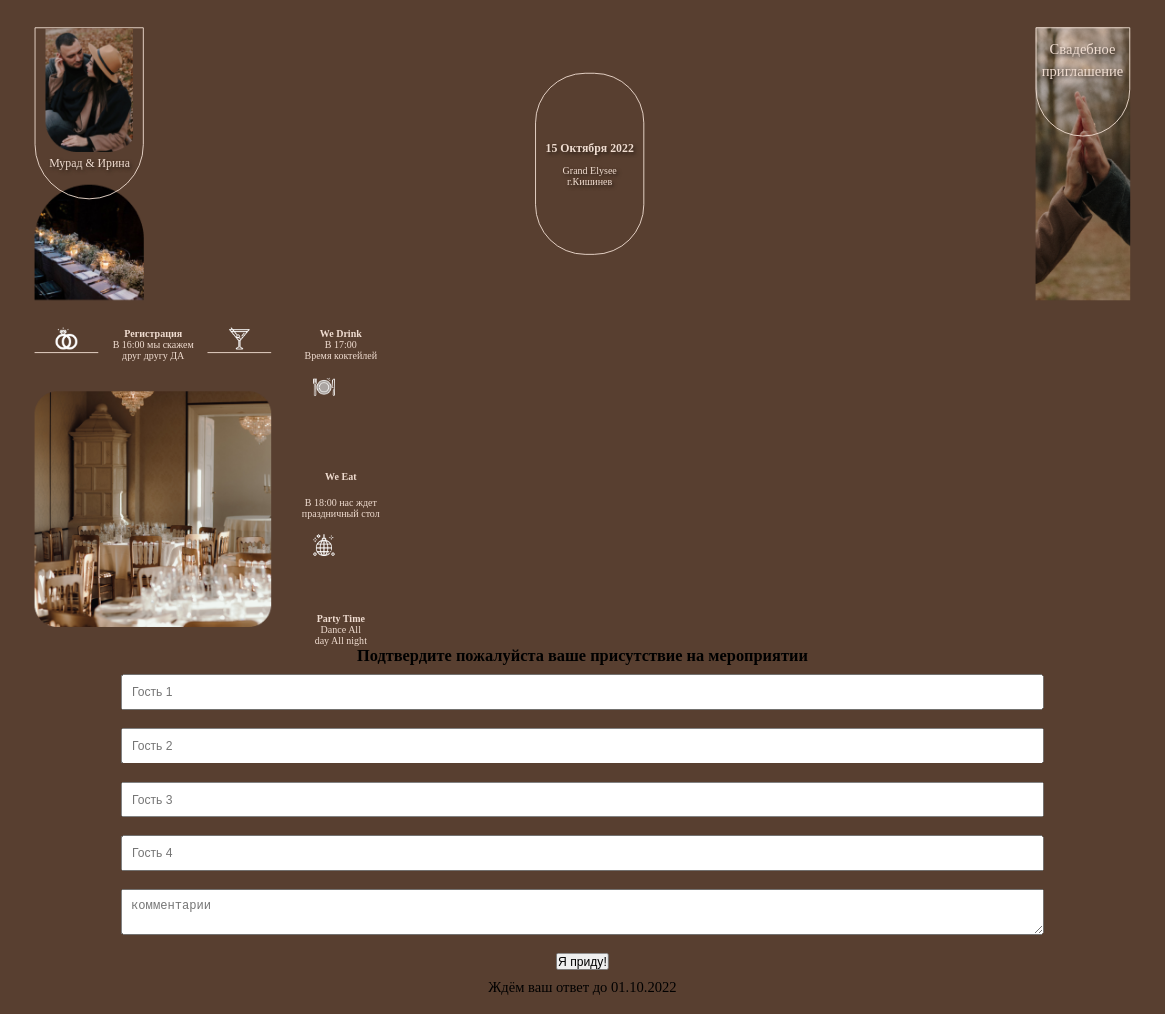
Repository: Anthony8845/wedding_invitation
Page: index.html
The author's editor kept a copy of each file at every save. The page is drawn from the files as they stood at one save, then again after the next save.
The browser window is 1280 px wide. The pictures show the whole page, at 91% of full size.

Above is the page before, as saved 2022-07-29 19:04:00.

### index.html
<!DOCTYPE html>
<html lang="en">
<head>
    <meta charset="UTF-8">
    <meta http-equiv="X-UA-Compatible" content="IE=edge">
    <meta name="viewport" content="width=device-width, user-scalable=yes">
    <link rel="stylesheet" href="./style.css">
    <!-- <script src="./script.js"></script> -->
    <title>Приглашение на свадьбу</title>
</head>
<body>

    <div class="invitation">
        <div class="info">
            <div class="info_block">
                <div class="info_border">
                    <div class="info_img-u"></div>
                    <div class="info_name">Мурад & Ирина</div>
                </div>
                <div class="info_img-d"></div>
            </div>
            <div class="info__block">
                <div class="block__data">
                    <div class="info_timer"></div>
                    <div class="info_date">
                        <h4>15 Октября 2022</h4>
                        <p>Grand Elysee <br>
                            г.Кишинев</p>
                    </div>
                </div>
            </div>
            <div class="info__block">
                <div class="info_invitation">Свадебное<br>приглашение</div>
                <div class="info_img-r"></div>
            </div>

        </div>
        <div class="timetable">
            <div class="timetable_block">
                <div class="block_icon">
                    <div class="icon_reg icon"></div>
                    <div class="line_icon-d"></div>
                </div>
                <div class="block_reg">
                    <h4>Регистрация</h4>
                    <p>В 16:00 мы скажем <br> друг другу ДА</p>
                </div>
                <div class="block_icon">
                    <div class="icon_drink icon"></div>
                    <div class="line_icon-d"></div>
                </div>

            </div>
            <div class="timetable_block">
                <div class="img_table"></div>
            </div>
            <div class="timetable_block">
                <div class="block_drink">
                    <h4>We Drink</h4>
                    <p>В 17:00<br> Время коктейлей</p>
                </div>
                <div class="block_icon">
                    <div class="icon_eat icon"></div>
                    <div class="line_icon-l"></div>
                </div>

                <div class="block_eat"></div>
                    <h4>We Eat</h4>
                    <p>В 18:00 нас ждет <br> праздничный стол</p>
                    <div class="block_icon">
                        <div class="icon_party icon"></div>
                        <div class="line_icon-l"></div>
                    </div>

                <div class="block_party">
                    <h4>Party Time</h4>
                    <p>Dance All<br> day All night</p>
                </div>
            </div>
        </div>
        <div class="thanks">
            <div></div>
            <div></div>
            <div></div>
        </div>
        <form class="form"  action="mail.php"  method="POST" >
            <h2 class="form__header">Подтвердите пожалуйста ваше присутствие на мероприятии</h2>
            <input class="form__input_item" type="text" name="Guest1" placeholder="Гость 1">
            <input class="form__input_item" type="text" name="Guest2" placeholder="Гость 2">
            <input class="form__input_item" type="text" name="Guest3" placeholder="Гость 3">
            <input class="form__input_item" type="text" name="Guest4" placeholder="Гость 4">
            <textarea class="form__comment" name="Comment" placeholder="комментарии"></textarea>
            <button class="form__btn">Я приду!</button>
        </form>
        <div class="footer">Ждём ваш ответ до 01.10.2022</div>
    </div>
</body>
</html>

### style.css
* {
    box-sizing: border-box;
    margin: 0;
    padding: 0;
}

body{
    position: relative;
    padding: 20px 0;
    background-color: rgb(88, 63, 48);
}



.invitation {

}
.info {
    color: rgb(240, 221, 209);
    display: flex;
    justify-content: space-between;
    align-items: center;
    text-align: center;
    text-shadow: 2px 2px 4px rgb(44, 32, 24);
    margin: 10px 3% 30px 3%;
}
.info_block {
    width: 120px;
    height: 300px;

}
.info_border {
    width: 120px;
    position: absolute;
    border: 1px solid rgb(240, 221, 209);
    padding-bottom: 30px;
    border-radius: 0 0 60px 60px;

}
.info_img-u {
    width: 103px;
    height: 136px;
    background: url(./img/IMG_2.png) no-repeat;
    margin-left: auto;
    margin-right: auto;
    width: 6em;
    margin-bottom: 5px;


}
.info_name {
    font-size: 13px;
}
.info_img-d {
    margin-top: 173px;
    width: 120px;
    height: 127px;
    background: url(./img/Image.png) no-repeat;
}

.info_img-r {
    width: 104px;
    height: 300px;
    background: url(./img/IMG_104-300.png);
}

.block__data {
    display: table-cell;
    vertical-align: middle;
    width: 120px;
    height: 200px;
    border: 1px solid rgb(240, 221, 209);
    border-radius: 55px;
}


.info_timer {

}

.info_date {
    font-size: 11px;
}
.info_date h4 {
    font-size: 13px;
    padding-bottom: 10px;
}

.info_invitation{
    width: 104px;
    height: 120px;
    position: absolute;
    border: 1px solid rgb(240, 221, 209);
    border-radius: 0 0 60px 60px;
    padding-top: 10px;
    line-height: 25px;
}

.icon {
    width: 24px;
    height: 24px;
}

.block_icon{
    padding: 0 0 0 23px;
    width: 70px;
    height: 70px;
}

.line_icon-d{
    width: 70px;
    position: relative;
    right: 23px;
    padding-top: 3px;
    border-bottom: 1px solid rgb(240, 221, 209);
}
.line_icon-l{

}

.timetable {
    margin: 0 3%;
    font-size: 11px;
    color: rgb(240, 221, 209);
    max-width: 390px;
    height: 350px;
    display: flex;
    flex-direction: column;
    flex-wrap: wrap;

}
.timetable_block {
    text-align: center;
    max-width: 260px;
    display: flex;
    justify-content: space-between;
}

.timetable_block:last-child {
    height: 350px;
    display: flex;
    flex-direction: column;
    justify-content: space-between;
}

.icon_reg {

    background: url(./img/wedding-rings.png) no-repeat ;
    background-size: contain;
}
.block_reg {
    height: 70px;
    vertical-align: middle;
}
.icon_drink {

    background: url(./img/martini.png) no-repeat;
    background-size: contain;
}
.img_table {
    width: 260px;
    height: 259px;
    background: url(./img/interior.png);
}
.block_drink {
}
.icon_eat {
    background: url(./img/dish.png) no-repeat;
    background-size: contain;
}
.block_eat {
}
.icon_party {
    background: url(./img/mirror-ball.png);
    background-size: contain;
}
.block_party {
}





.form {

    text-align: center;
    margin: 0 10%;

    display: flex;
    flex-direction: column;

}

.form::after {
    content: '';
    position: absolute;
    top: 0;
    left: 0;
    width: 100%;
    height: 100%;
    background: #767676 url(./img/heart.gif) center /50px no-repeat;
    opacity: 0;
    visibility: hidden;
}

.form._sending::after {
    opacity: 0.8;
    visibility: visible;
}


.form__header {
    font-size: 18px;
}

.form__input_item {
    margin: 10px 5px;
    padding: 10px 10px;

}

.form__comment {
    padding: 10px 10px;
    margin: 10px 5px;
    resize: vertical;
    height: 50px;
}

.form__btn {
    margin: 0 auto;
    margin-top: 10px;
    max-width: 70px;
}

.footer {
    margin-top: 10px;
    text-align: center;
}

After the next save:
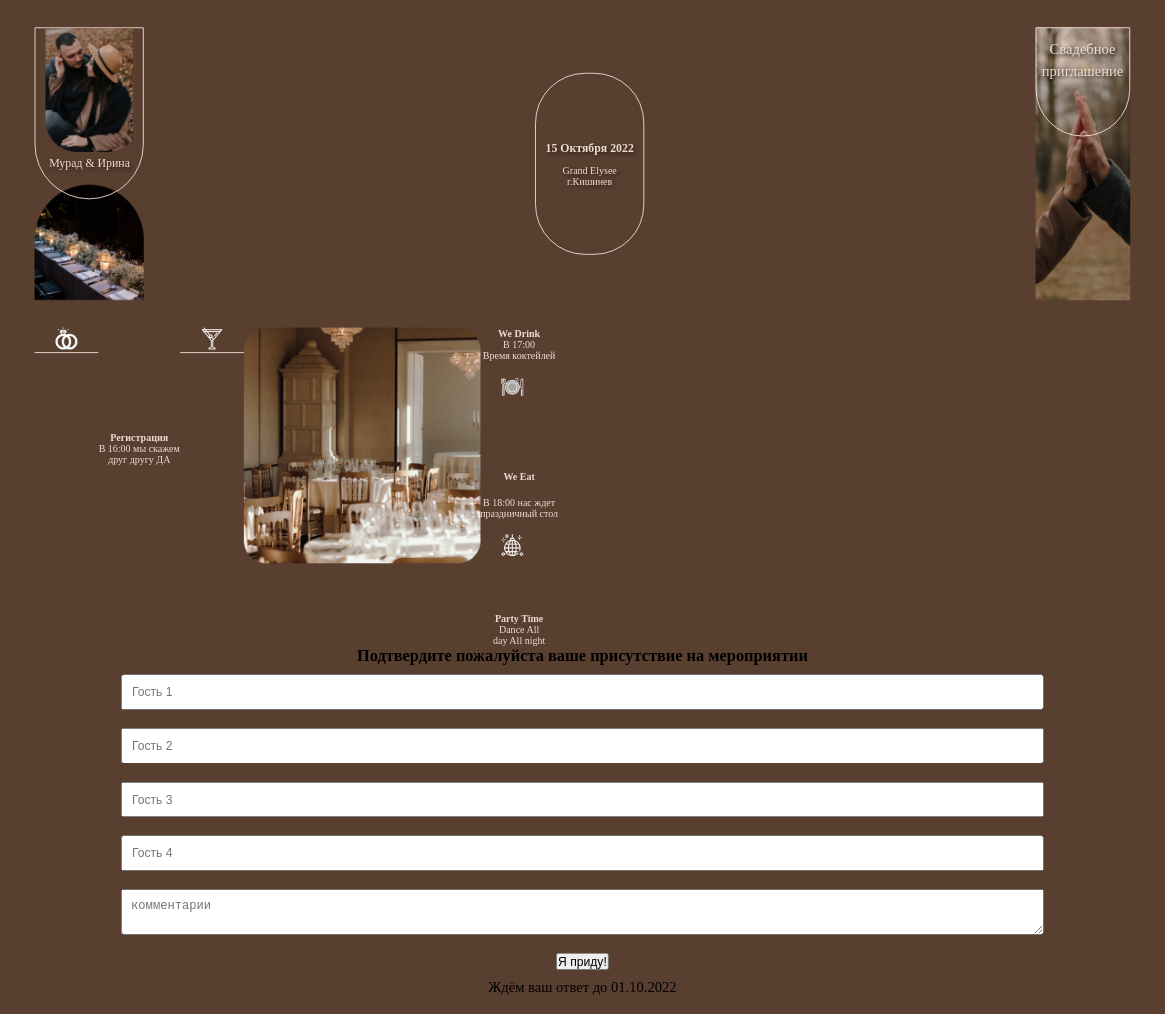
Saved 109 s later.
--- a/style.css
+++ b/style.css
@@ -149,8 +149,7 @@
     background-size: contain;
 }
 .block_reg {
-    height: 70px;
-    vertical-align: middle;
+   padding-top: 50%;
 }
 .icon_drink {
 

After the save that followed:
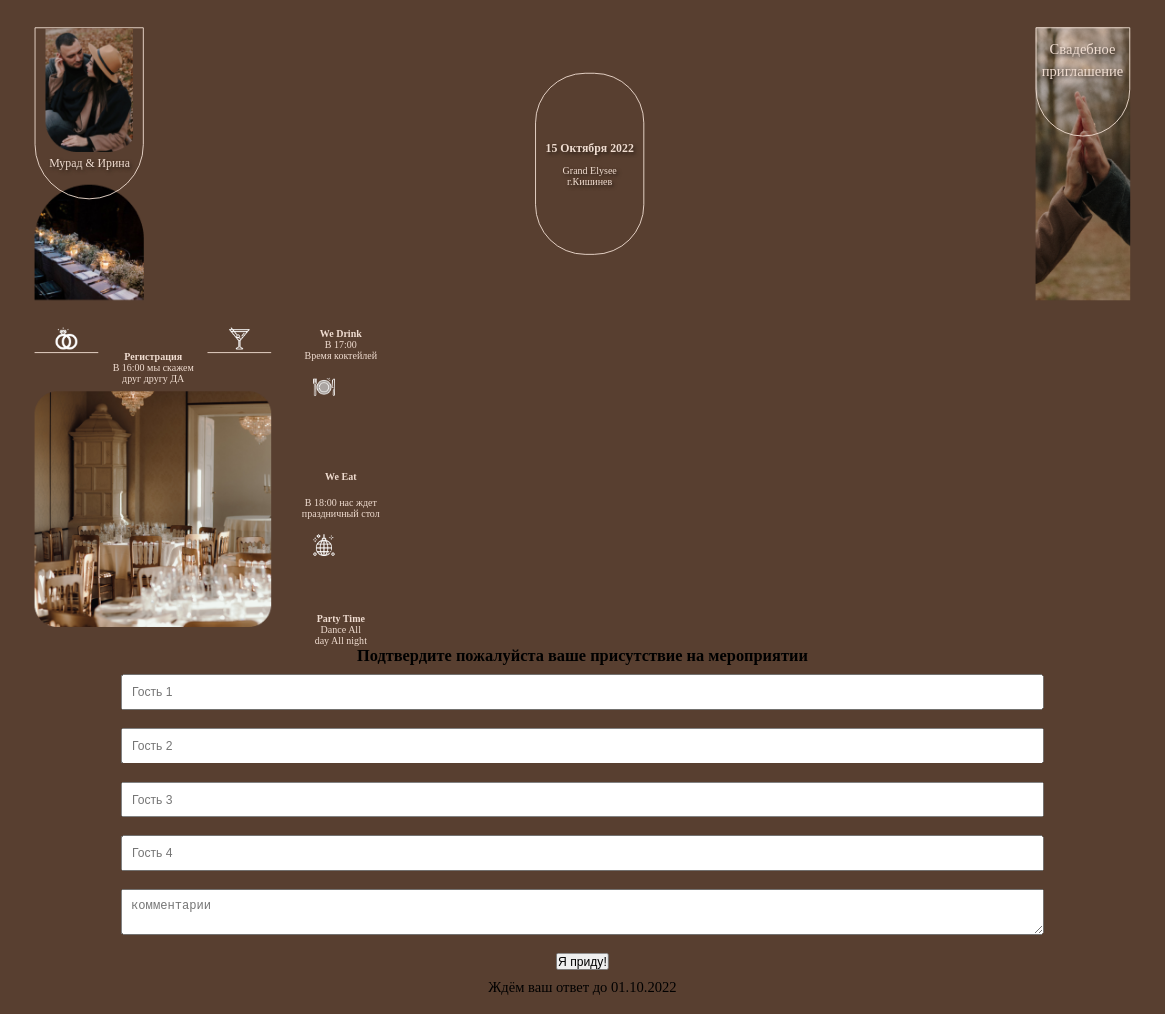
Saved 7 s later.
--- a/style.css
+++ b/style.css
@@ -149,7 +149,7 @@
     background-size: contain;
 }
 .block_reg {
-   padding-top: 50%;
+   padding-top: 10%;
 }
 .icon_drink {
 
